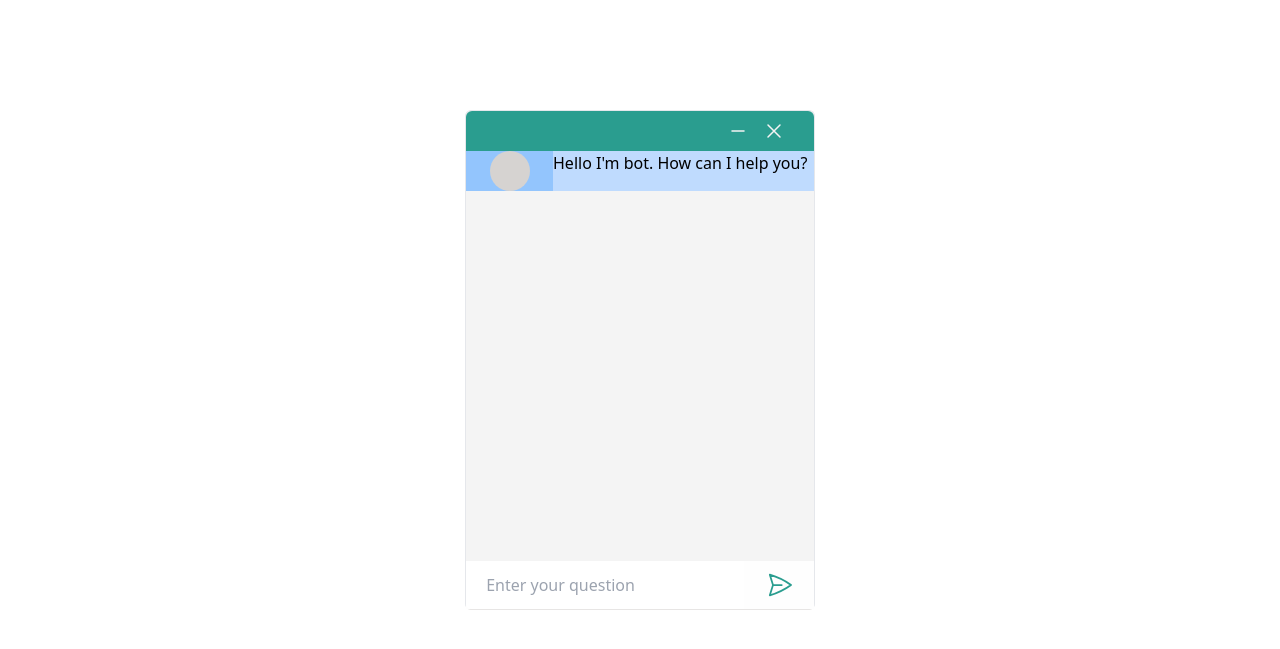
Repository: hsumyatm7308/Chatbot
Page: index.html
The author's editor kept a copy of each file at every save. The page is drawn from the files as they stood at one save, then again after the next save.
The browser window is 1280 px wide. The pictures show the whole page.
Some web libraries are served in a nearby version.

Above is the page before, as saved 2023-07-09 11:16:25.

### index.html
<!DOCTYPE html>
<html>

<head>
    <title>Chat Bot</title>
    <script src="https://cdn.tailwindcss.com"></script>
</head>

<body class="bg-[#fffff]">

    <div class="w-screen h-screen flex justify-center items-center  container">
        <div class="w-[350px] h-[500px] bg-[#f4f4f4] border border-b-stone-200 rounded-md relative chatbot-container">
            <div
                class="w-full h-10 text-[#f4f4f4] bg-[#2a9d8f] rounded-tl-md rounded-tr-md flex justify-end items-center">
                <svg xmlns="http://www.w3.org/2000/svg" fill="none" viewBox="0 0 24 24" stroke-width="1.5"
                    stroke="currentColor" class="w-6 h-6 mr-3">
                    <path stroke-linecap="round" stroke-linejoin="round" d="M18 12H6" />
                </svg>

                <svg xmlns="http://www.w3.org/2000/svg" fill="none" viewBox="0 0 24 24" stroke-width="1.5"
                    stroke="currentColor" class="w-6 h-6 mr-7">
                    <path stroke-linecap="round" stroke-linejoin="round" d="M6 18L18 6M6 6l12 12" />
                </svg>

            </div>

            <div class="w-full h-full overflow-y-auto">
                 <div class="w-full h-auto bg-red-500 grid grid-cols-4 flex profile-side">
                       <div class= "w-full h-auto bg-blue-300 flex justify-center items-center">
                            <div class="w-10 h-10 rounded-full bg-stone-300">

                            </div>
                       </div>
                       <div class=" bg-blue-200 col-span-3">
                            <div class="w-full h-auto bg-stone-300">
                                    <div class="w-46 h-full bg-blue-200">
                                        <span>Hello I'm bot. How can I help you?</span>
                                    </div>
                            </div>
                       </div>
                 </div>
            </div>

            <div class="w-full h-12 bg-[#fefefe] absolute bottom-0">
                <form action="" class="w-full h-12 bg-[#fefefe] flex justify-between items-center">
                    <input type="text" class="w-[80%] h-full  rounded-bl-md p-4" placeholder=" Enter your question">

                    <button type="submit" class="mr-5">
                        <svg xmlns="http://www.w3.org/2000/svg" fill="none" viewBox="0 0 24 24" stroke-width="1.5"
                            stroke="currentColor" class="w-7 h-7 text-[#2a9d8f]">
                            <path stroke-linecap="round" stroke-linejoin="round"
                                d="M6 12L3.269 3.126A59.768 59.768 0 0121.485 12 59.77 59.77 0 013.27 20.876L5.999 12zm0 0h7.5" />
                        </svg>

                    </button>
                </form>
            </div>
        </div>
    </div>

</body>

</html>

After the next save:
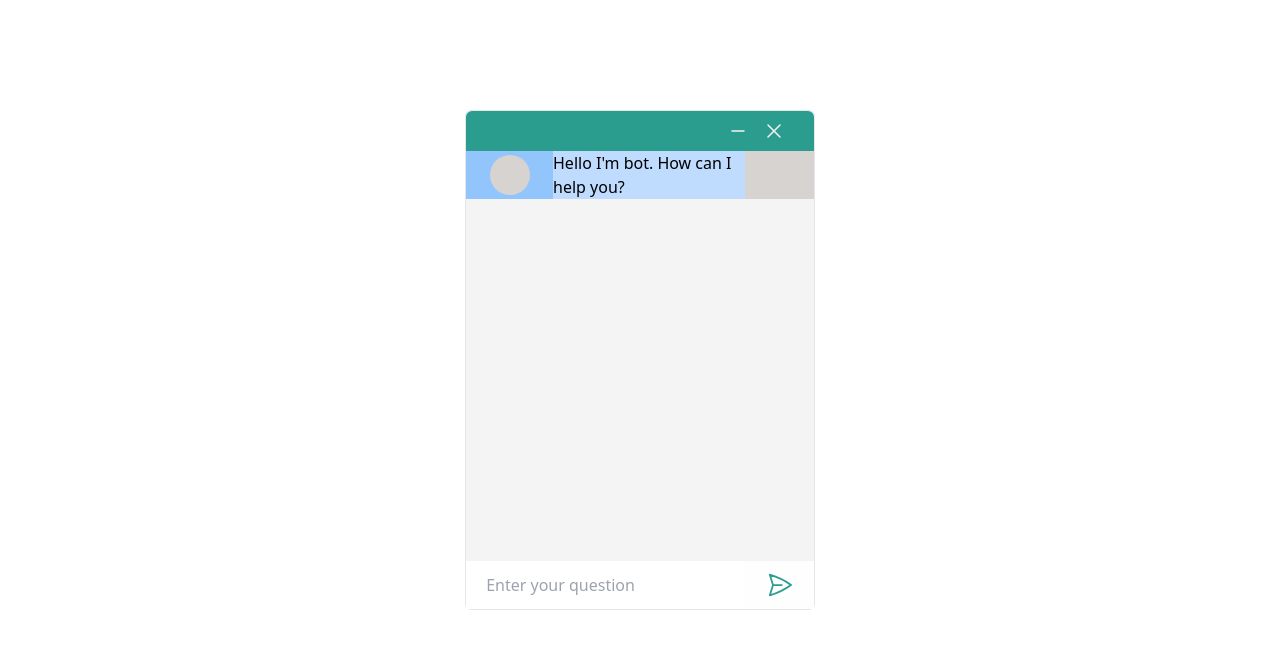
Saved 6 s later.
--- a/index.html
+++ b/index.html
@@ -33,7 +33,7 @@
                        </div>
                        <div class=" bg-blue-200 col-span-3">
                             <div class="w-full h-auto bg-stone-300">
-                                    <div class="w-46 h-full bg-blue-200">
+                                    <div class="w-48 h-full bg-blue-200">
                                         <span>Hello I'm bot. How can I help you?</span>
                                     </div>
                             </div>
